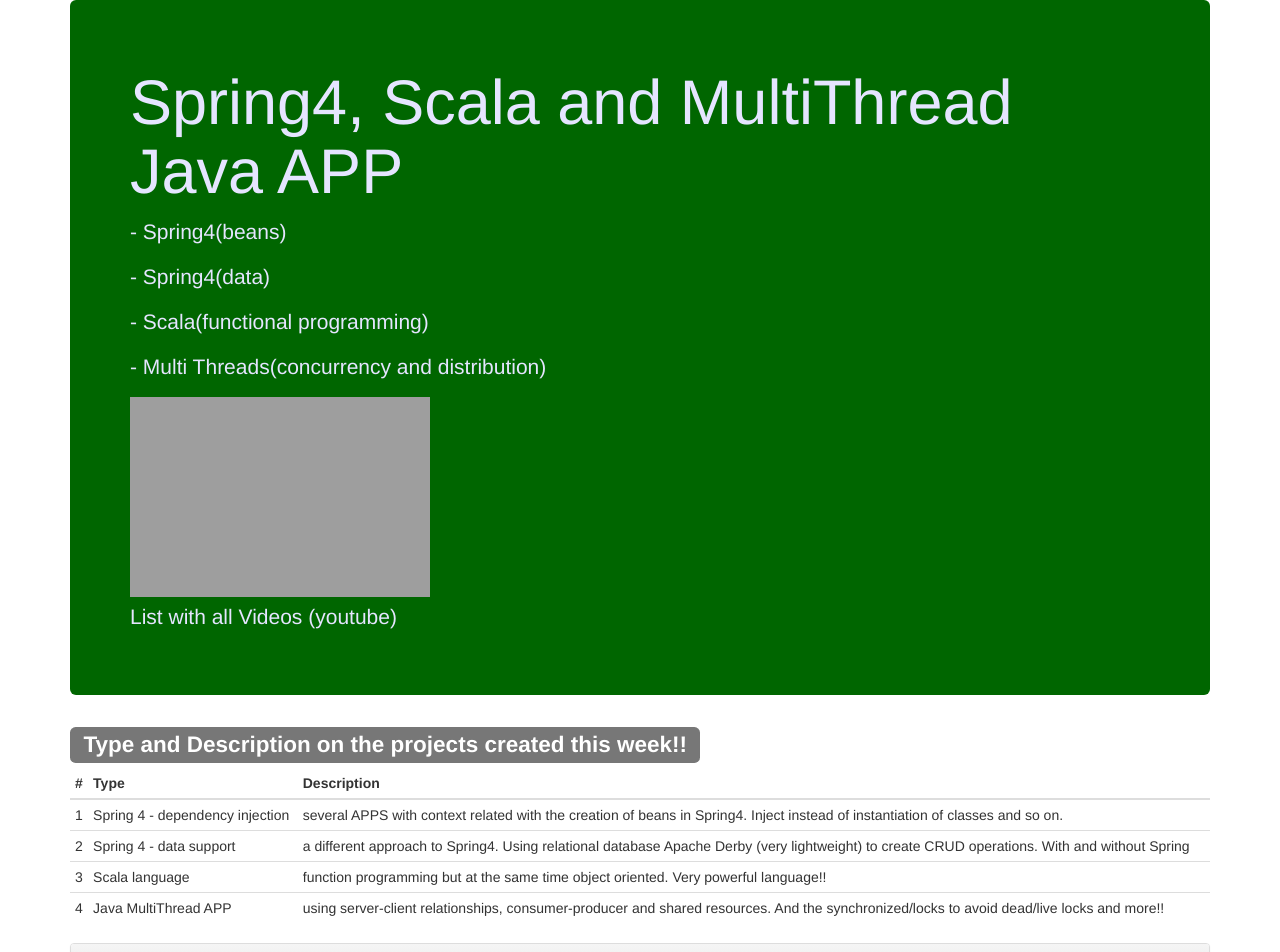
Repository: atafs/Deploy_GoogleAppEngine_webAPPS
Page: Project_003_Deploy_americotomasLIB/war/index.html
These files come from the project's save history. The page is drawn as it stood at one moment and after the next save; the edit follows.
The browser window is 1280 px wide. The pictures show the part of the page from y = 0 to 952 px (the page is 4369 px tall).
Pictures or frames that could not be fetched are drawn as grey boxes.

Above is the page before, as saved 2016-03-14 02:58:19.
Console error (its wording comes from the project's code and is left out).

After the next save:
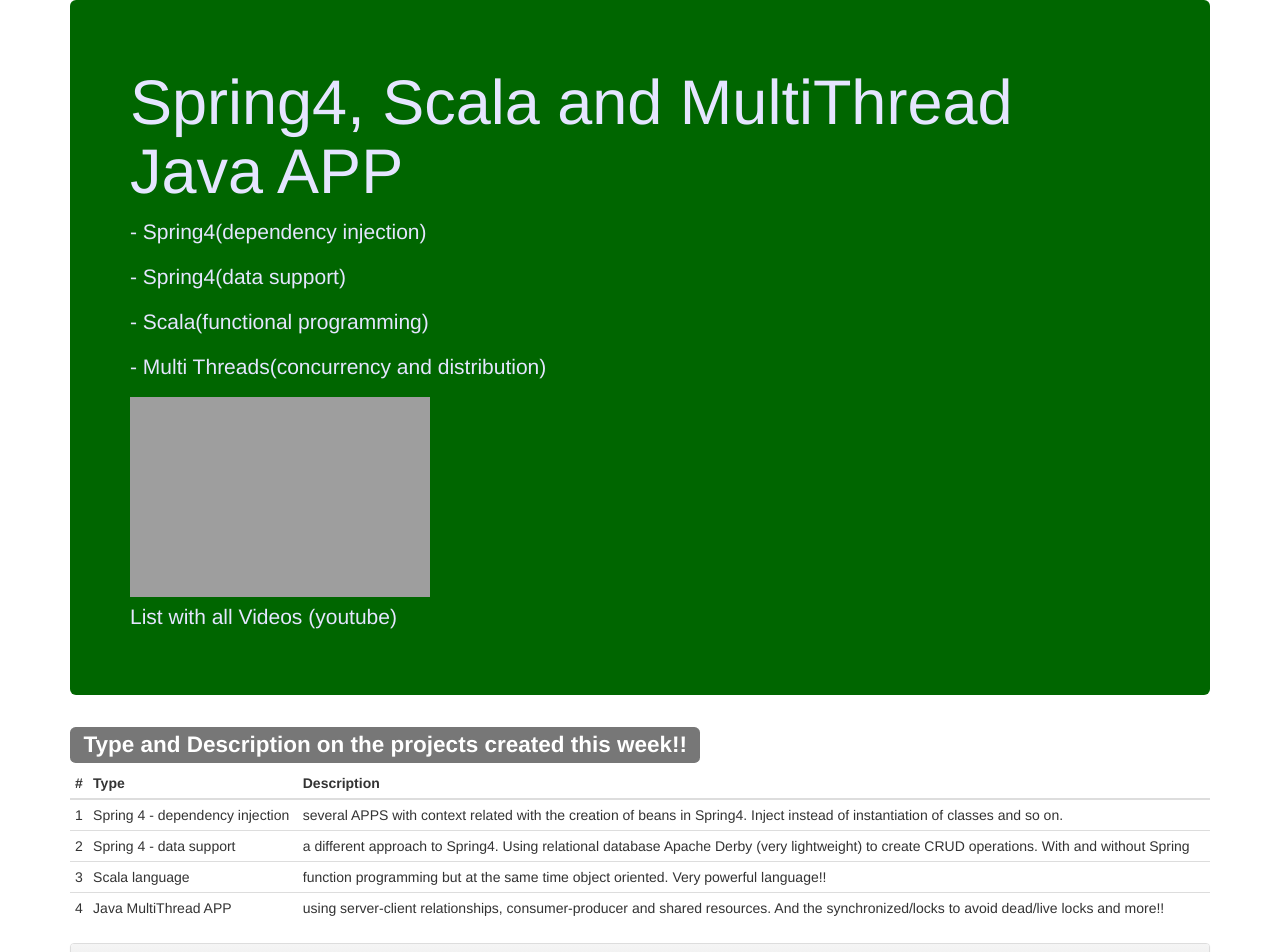
Saved 26 min 9 s later.
--- a/Project_003_Deploy_americotomasLIB/war/index.html
+++ b/Project_003_Deploy_americotomasLIB/war/index.html
@@ -17,8 +17,8 @@
 		<!-- Main jumbotron for a primary marketing message or call to action -->
 		<div style="background-color: #006600; color: #e5e5ff" class="jumbotron">
 			<h1>Spring4, Scala and MultiThread Java APP</h1>
-			<p>- Spring4(beans)</p>
-			<p>- Spring4(data)</p>
+			<p>- Spring4(dependency injection)</p>
+			<p>- Spring4(data support)</p>
 			<p>- Scala(functional programming)</p>
 			<p>- Multi Threads(concurrency and distribution)</p>
 
